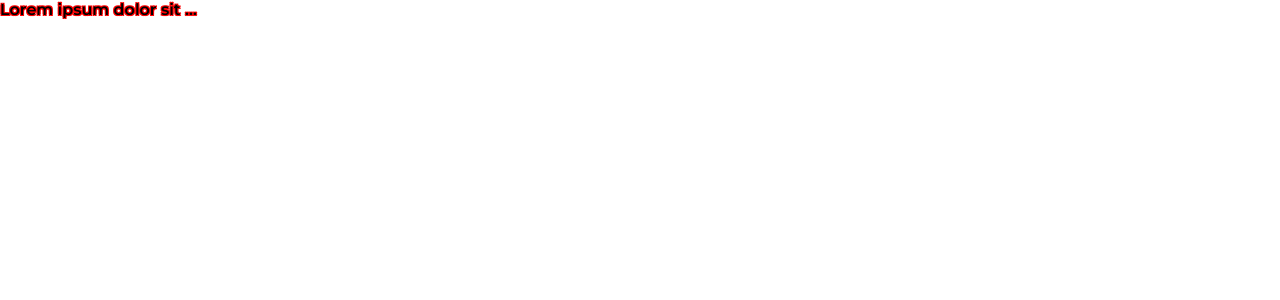
Repository: tranvantai2905/likelion
Page: WEEK-1/BUOI-5/bai_tap_7_tran_van_tai/index.html
These files come from the project's save history. The page is drawn as it stood at one moment and after the next save; the edit follows.
The browser window is 1280 px wide. The pictures show the whole page.

Above is the page before, as saved 2024-06-21 10:22:22.

After the next save:
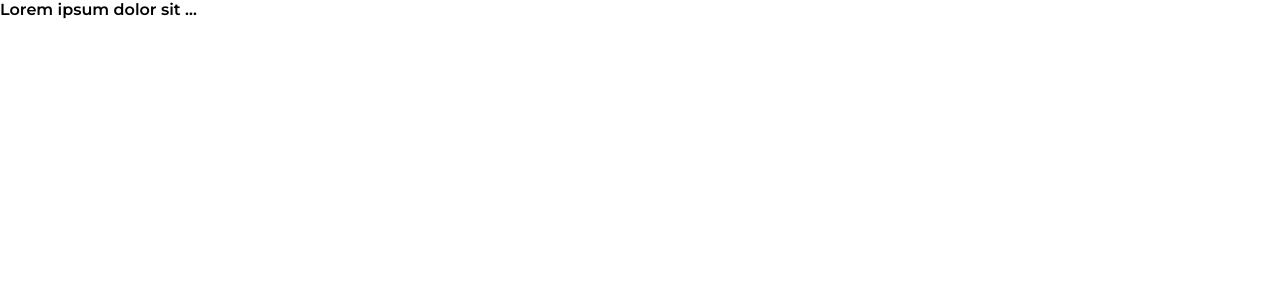
Saved 21 s later.
--- a/WEEK-1/BUOI-5/bai_tap_7_tran_van_tai/style.css
+++ b/WEEK-1/BUOI-5/bai_tap_7_tran_van_tai/style.css
@@ -18,7 +18,7 @@
     /* -webkit-text-stroke: 1px red; */
     text-shadow:
     -1px -1px 0 red,
-    1px -1px 0 red,
-    -1px 1px 0 red,
-    1px 1px 0 red;
+    /* 1px -1px 0 red, */
+    /* -1px 1px 0 red, */
+    /* 1px 1px 0 red;  */
 }

After the 3 saves that followed:
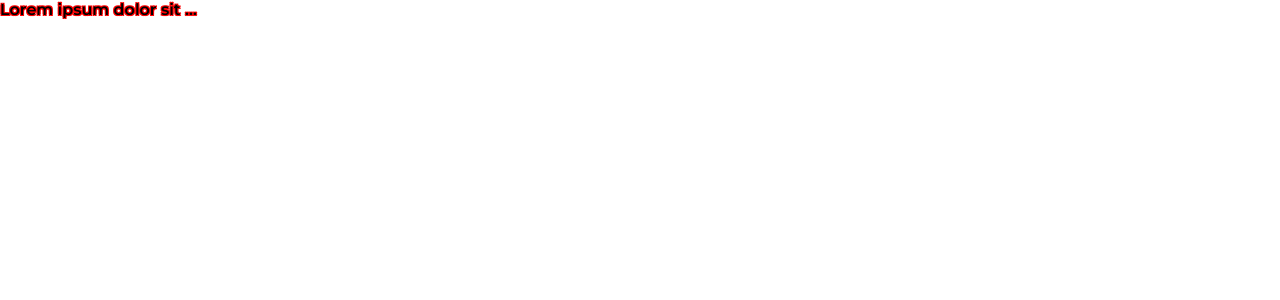
The 3 saves are shown as one change because 2 left the picture as it was.
The last was saved 18 s later.
--- a/WEEK-1/BUOI-5/bai_tap_7_tran_van_tai/style.css
+++ b/WEEK-1/BUOI-5/bai_tap_7_tran_van_tai/style.css
@@ -18,7 +18,7 @@
     /* -webkit-text-stroke: 1px red; */
     text-shadow:
     -1px -1px 0 red,
-    /* 1px -1px 0 red, */
-    /* -1px 1px 0 red, */
-    /* 1px 1px 0 red;  */
+    1px -1px 0 red,
+    -1px 1px 0 red,
+    1px 1px 0 red;
 }
